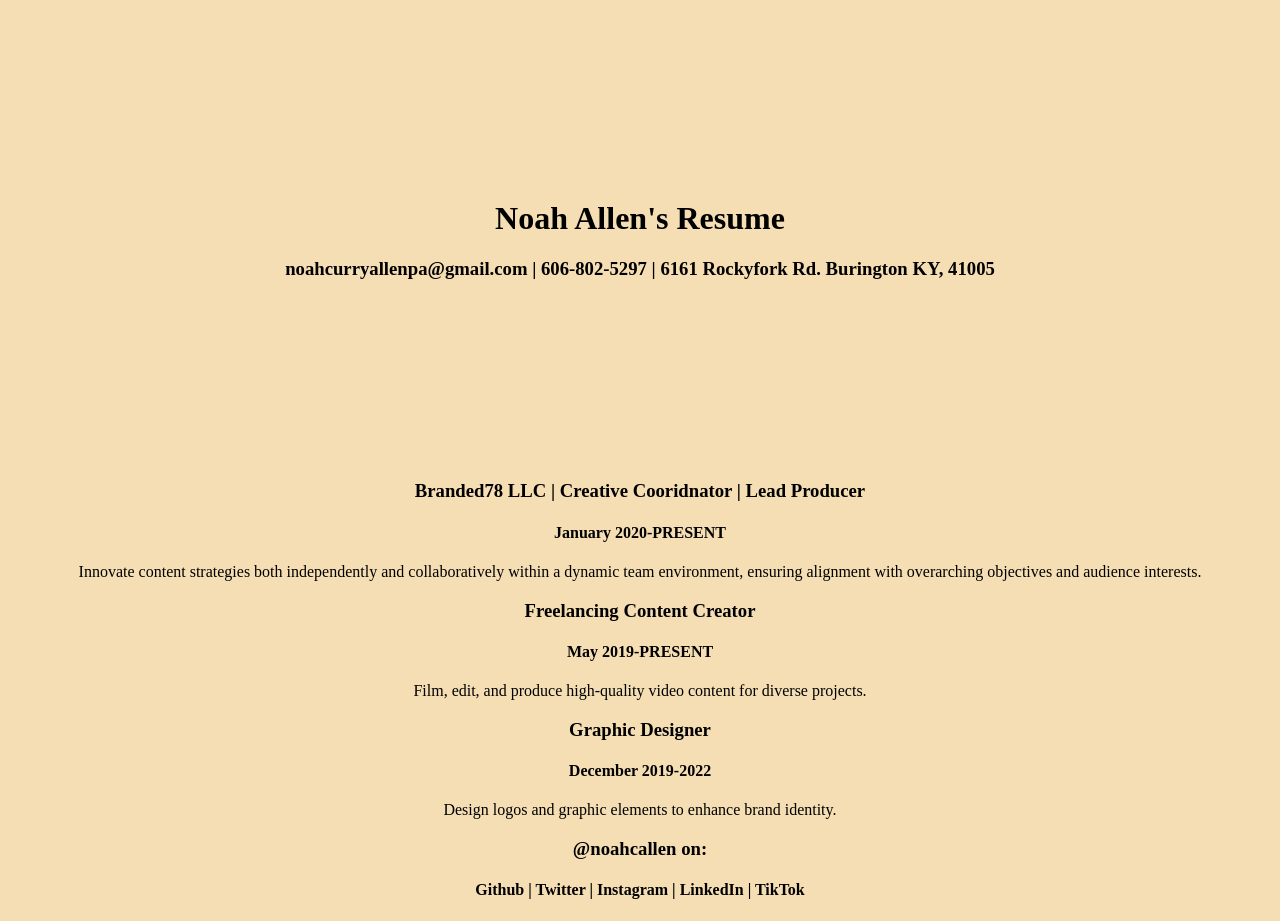
Repository: noahcallen/LAB-HTML-Resume
Page: index.html
The author's editor kept a copy of each file at every save. The page is drawn from the files as they stood at one save, then again after the next save.
The browser window is 1280 px wide. The pictures show the whole page.

Above is the page before, as saved 2024-07-08 21:40:45.

After the next save:
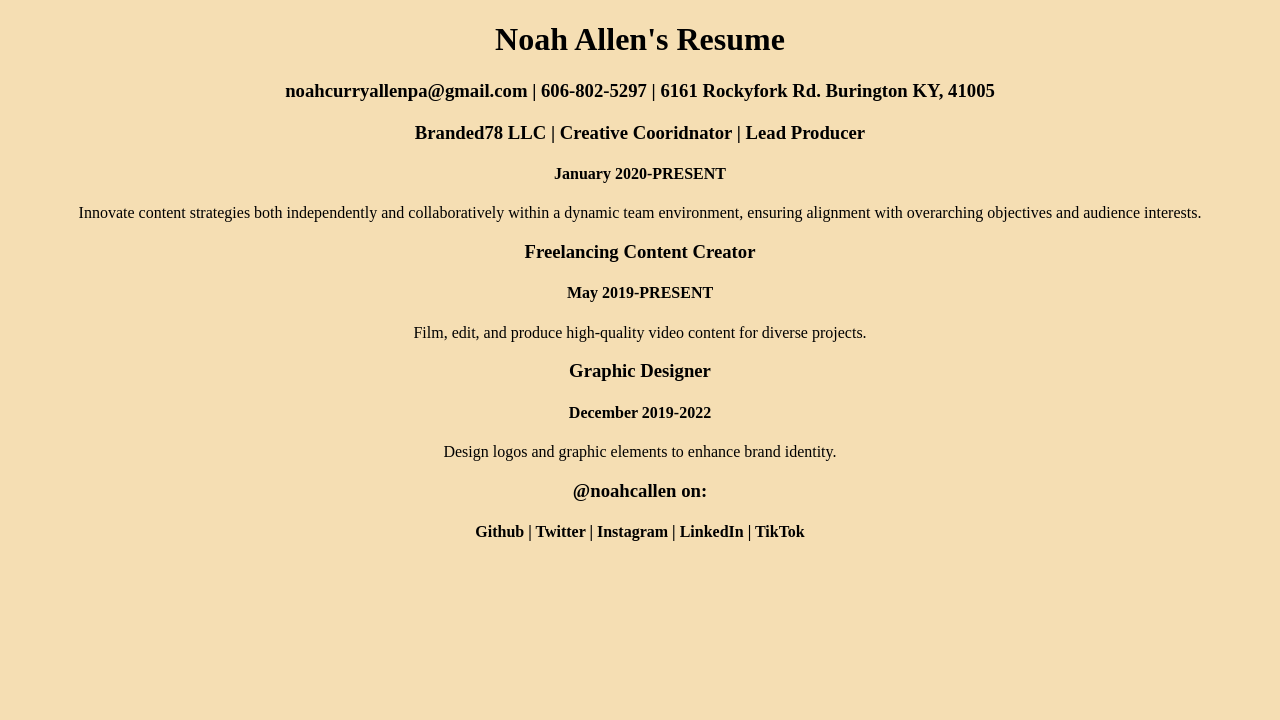
Saved 14 s later.
--- a/main.css
+++ b/main.css
@@ -4,5 +4,5 @@
 }
 
 .HEADER {
-  margin: 200px 0px 200px 0px;
+  margin: 20px 0px 20px 0px;
 }
